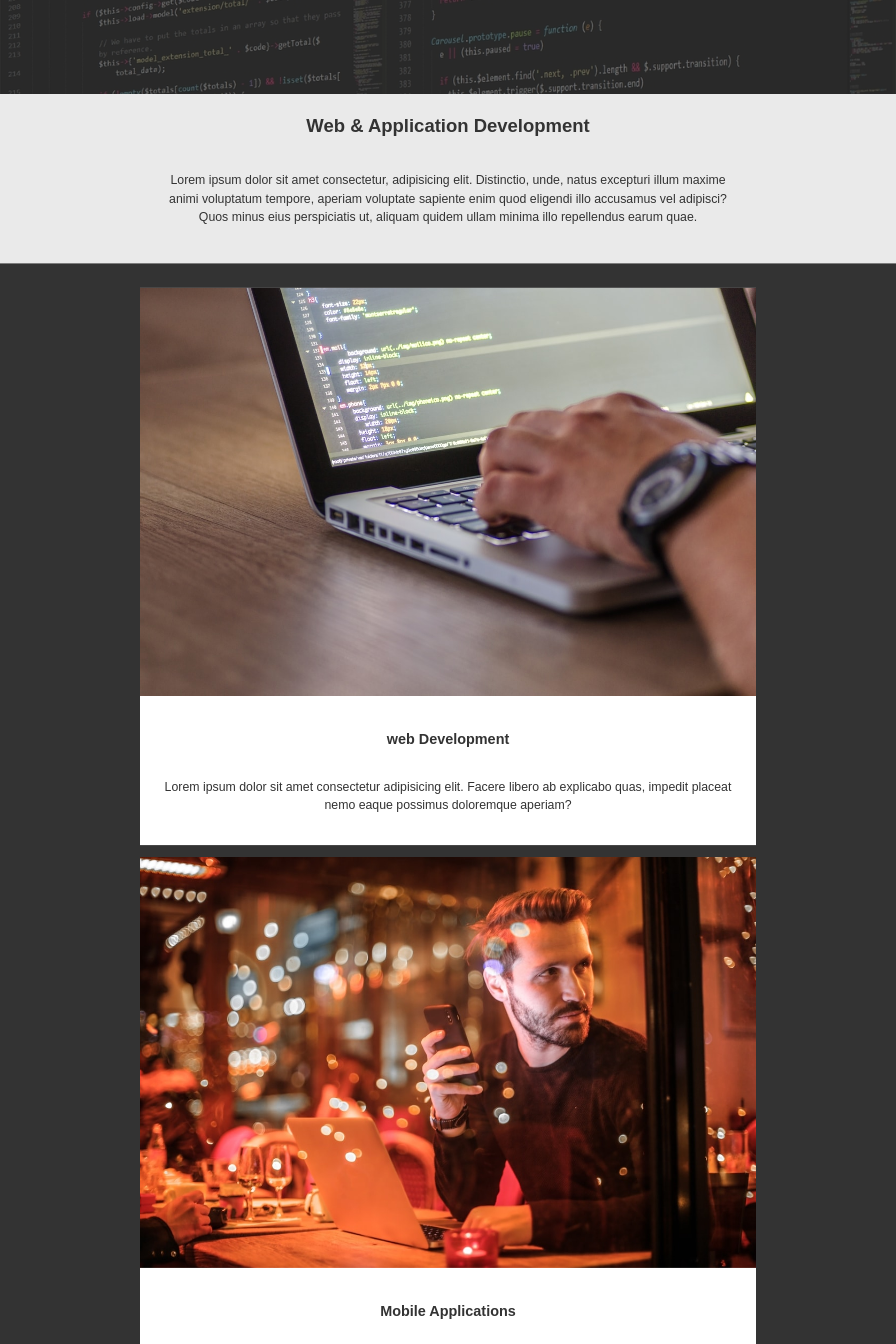
Repository: ErikBaer/MobileFirst
Page: index.html
An editor plug-in stored every save of this project. The page is shown before and after the next save, followed by the edit.
The browser window is 1280 px wide. The pictures show the part of the page from y = 316 to 2236 px (the page is 3913 px tall before and 3940 px after), at 70% of full size.

Above is the page before, as saved 2020-02-15 03:53:10.

### index.html
<!DOCTYPE html>
<html lang="en">
<head>
    <meta charset="UTF-8">
    <meta name="viewport" content="width=device-width, initial-scale=1.0">
    <link rel="stylesheet" type="text/css" href="style.css">
    <title>Acme Web Solutions</title>
</head>
<body>

<!--Header Showcase -->

   <header id="showcase" class="grid">
    <div class="bg-image"></div>
    <div class="content-wrap">
    <h1>Welcome to Acme Web Solutions</h1>
    <p>Lorem ipsum, dolor sit amet consectetur adipisicing elit.
         Consequuntur voluptas sed, rerum voluptatibus facilis
         earum consectetur repellendus? Natus, consequuntur cum!
        </p>
    <a href="#section-b" class="btn">Read More</a>
    </div>
</header>

<!-- Main Area -->

<main id="main">

    <!-- Section A -->

    <section id="section-a" class="grid">
        <div class="content-wrap">
            <h2 class="content-title">Web & Application Development</h2>
            <p >Lorem ipsum dolor sit amet consectetur, adipisicing elit.
                Distinctio, unde, natus excepturi illum maxime animi
                voluptatum tempore, aperiam voluptate sapiente enim quod
                 eligendi illo accusamus vel adipisci? Quos minus eius
                 perspiciatis ut, aliquam quidem ullam minima illo
                 repellendus earum quae.</p>
        </div>
    </section>

    <!-- Section B -->

    <section id="section-b" class="grid">
        <ul>
            <li>
                <div class="card">
                    <img src="./Assets/Coding-Person.jpg" alt="">
                    <div class="card-content">
                        <h3 class="card-title">web Development</h3>
                        <p>Lorem ipsum dolor sit amet consectetur
                            adipisicing elit. Facere libero ab explicabo
                            quas, impedit placeat nemo eaque possimus
                            doloremque aperiam?</p>
                    </div>
                </div>
            </li>
            <li>
                <div class="card">
                    <img src="./Assets/mobile-man.jpg" alt="">
                    <div class="card-content">
                        <h3 class="card-title">Mobile Applications</h3>
                        <p>Lorem ipsum dolor sit amet consectetur
                            adipisicing elit. Facere libero ab explicabo
                            quas, impedit placeat nemo eaque possimus
                            doloremque aperiam?</p>
                    </div>
                </div>
            </li>
            <li>
                <div class="card">
                    <img src="./Assets/charts.jpg" alt="">
                    <div class="card-content">
                        <h3 class="card-title">Tech Marketing</h3>
                        <p>Lorem ipsum dolor sit amet consectetur
                            adipisicing elit. Facere libero ab explicabo
                            quas, impedit placeat nemo eaque possimus
                            doloremque aperiam?</p>
                    </div>
                </div>
            </li>
        </ul>
    </section>

    <!-- Section C -->
    <section id="section-c" class="grid">
        <div class="content-wrap">
            <h2 class="content-title"> We handle all of your digital needs</h2>
            <p>Lorem, ipsum dolor sit amet consectetur adipisicing elit.
                Neque asperiores pariatur dolorem ipsum dicta recusandae
                 optio vel doloremque deserunt maiores?</p>
        </div>
    </section>

    <!-- Section D -->

    <section id="section-d" class="grid">
        <div class="box">
            <h2 class="content-title">Contact Us</h2>
            <p>Lorem ipsum dolor sit, amet consectetur adipisicing elit.
                 Alias, totam quas ipsam doloremque dignissimos doloribus
                 laudantium aut provident dolore. Maxime!</p>
            <p>contact@acmewebsolutions.test</p>
        </div>
        <div class="box">
            <h2 class="content-title">About Our Company</h2>
            <p>Lorem ipsum dolor, sit amet consectetur adipisicing elit.
                Delectus ut placeat, nulla inventore laboriosam quisquam!
                Porro, asperiores libero molestiae a facilis et, ex magni
                 nostrum rem delectus quia ut? Vitae.</p>
        </div>
    </section>
</main>

<!-- Footer -->

<footer id="main-footer" class="grid">
    <div>Acme Web Solutions</div>
    <div>Project by <a href="www.baerdata.de" target="blank">Erik Baer</a></div>
</footer>

</body>
</html>

### style.css
body {
    margin: 0;
    font-family: Arial, Helvetica, sans-serif;
    background-color: #333;
    color: white;
    font-size:1.1em;
    line-height: 1.5;
    text-align: center;
}

img {
    display:block;
    width:100%;
    height: auto;
}

h1, h2, h3 {
    margin:0;
    padding: 1em 0;
}

p {
    margin: 0;
    padding: 1em 0;
}

.btn {
    display: inline-block;
    background: 333;
    color: white;
    text-decoration: none;
    padding: 1em 2em;
    border: 1px solid #666;
    margin: .5em 0
}

.btn:hover {
  background: #eaeaea;
  color: #333;
}

/* Header Showcase */

#showcase {
    min-height: 450px;
    color: #fff;
    text-align: center;
}

#showcase .bg-image {
    position: absolute;
    background: #333 url(/Assets/code.jpg);
    background-position: center;
    background-repeat: no-repeat;
    background-size: cover;
    width: 100%;
    height: 450px;
    z-index: -1;
    opacity: 0.4;
}

#showcase h1 {
    padding-top: 100px;
    padding-bottom: 0;
}

#showcase .content-wrap,
#section-a .content-wrap {
    padding: 0 1.5em;
}


/* Section A */

#section-a {
    background: #eaeaea;
    color: #333;
    padding-bottom: 2em;
}


/* Section B */

#section-b {
    padding: 2em 1em 1em;
}

#section-b ul {
    list-style:none;
    margin:0;
    padding:0;
}

#section-b li {
    margin-bottom: 1em;
    background: #fff;
    color: #333;

}

.card-content {
    padding: 1.5em;
}

/* Section c */

#section-c {
    background: #fff;
    color: #333;
    padding: 2em;
}

/* Section D / Boxes */

#section-d .box {
    padding: 2em;
    color: #fff;
}

#section-d .box:first-child {
    background: #2690d4;
}

/* Footer */

#main-footer {
    padding: 3em;
    background: #000;
    color: white;
    text-align: center;
}

#main-footer a {
    color: #2690d4;
    text-decoration: none;
}

/* Media Queries */

@media(min-width: 700px) {
    .grid {
        display: grid;
        grid-template-columns: 1fr repeat(2, minmax(auto, 25em))1fr;
    }

    #section-a .content-text {
        columns: 2;
        column-gap: 2em;
    }

    .content-wrap,
     #section-b ul {
         grid-column: 2/4;
     }

     .box, #main-footer div {
         grid-column: span 2;
     }
}

After the next save:
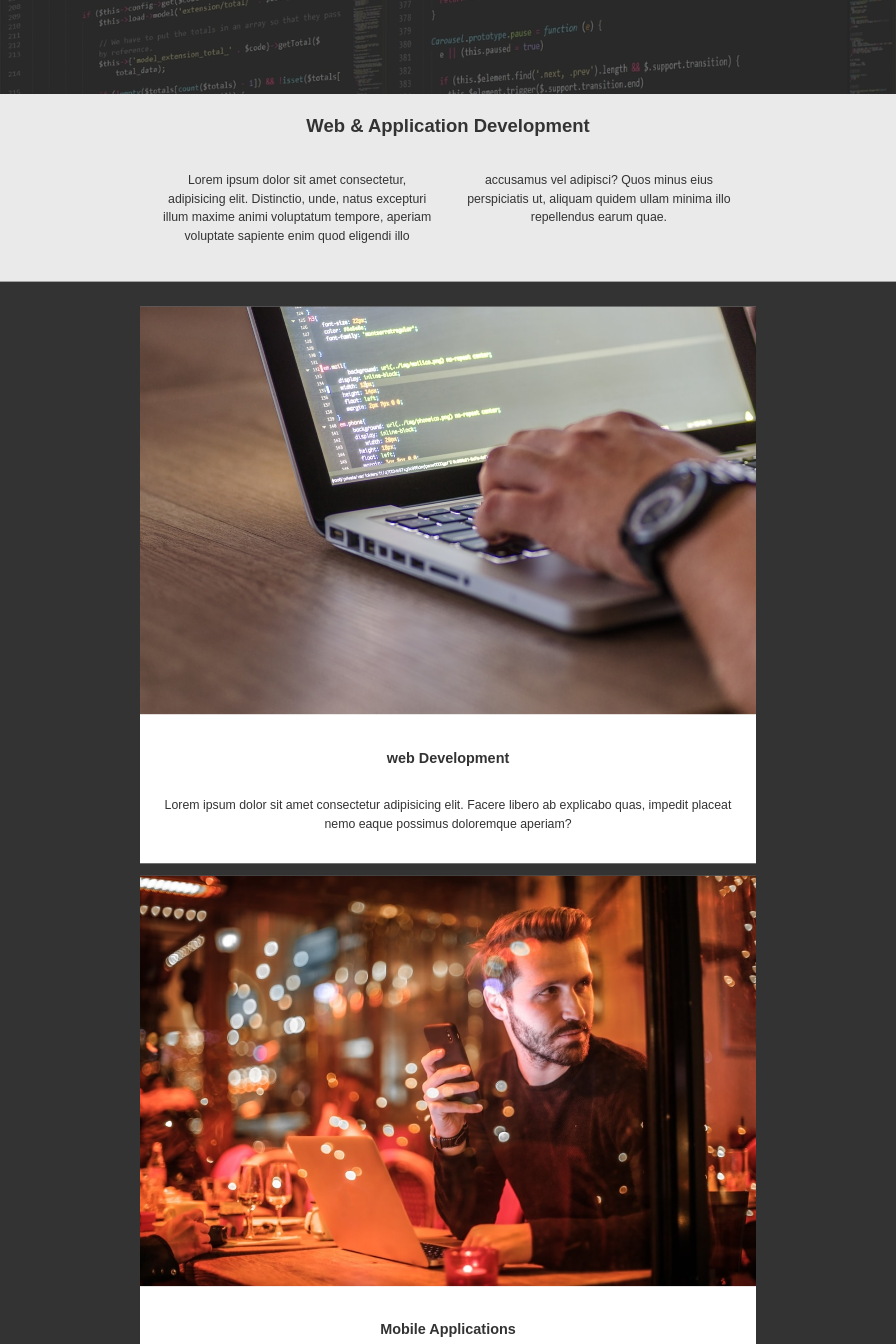
Saved 8 s later.
--- a/index.html
+++ b/index.html
@@ -31,7 +31,7 @@
     <section id="section-a" class="grid">
         <div class="content-wrap">
             <h2 class="content-title">Web & Application Development</h2>
-            <p >Lorem ipsum dolor sit amet consectetur, adipisicing elit.
+            <p class="content-text">Lorem ipsum dolor sit amet consectetur, adipisicing elit.
                 Distinctio, unde, natus excepturi illum maxime animi
                 voluptatum tempore, aperiam voluptate sapiente enim quod
                  eligendi illo accusamus vel adipisci? Quos minus eius
